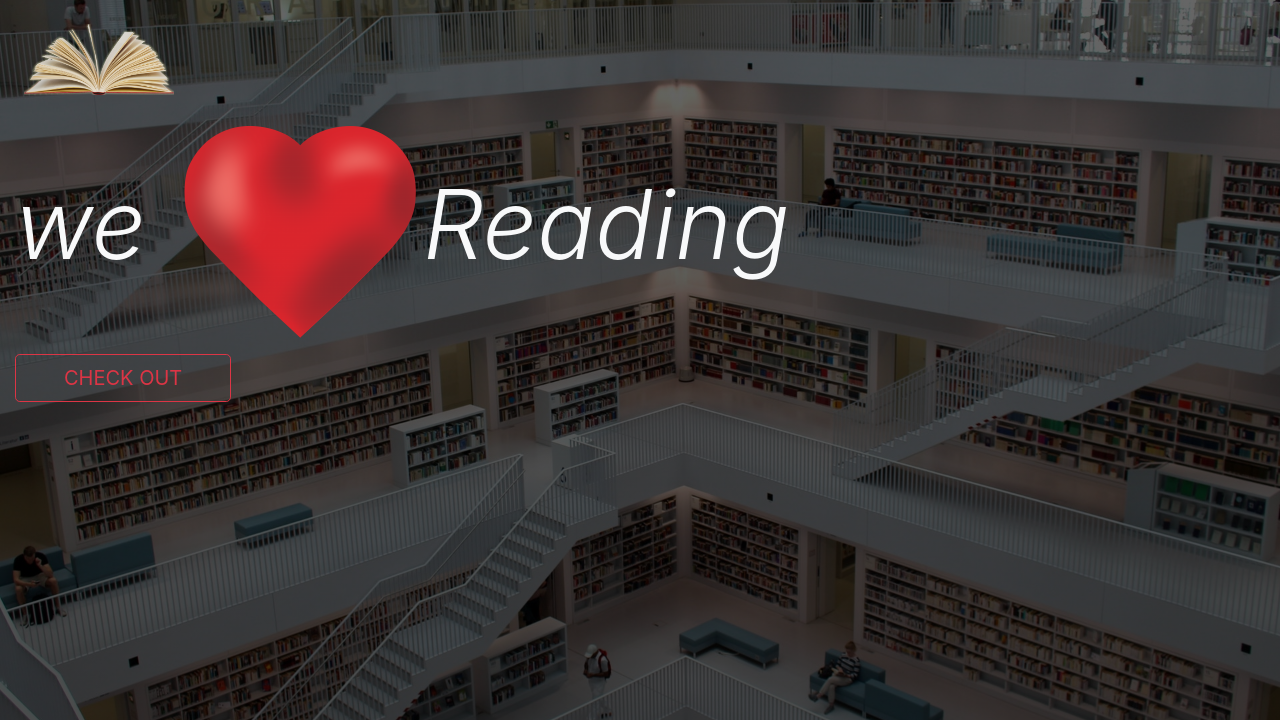
Repository: imedakrouti/BookStore
Page: index.html
The author's editor kept a copy of each file at every save. The page is drawn from the files as they stood at one save, then again after the next save.
The browser window is 1280 px wide. The pictures show the whole page.
Backgrounds fixed to the window are drawn as part of the page. Some web libraries are served in a nearby version.

Above is the page before, as saved 2020-05-05 16:54:08.

After the next save:
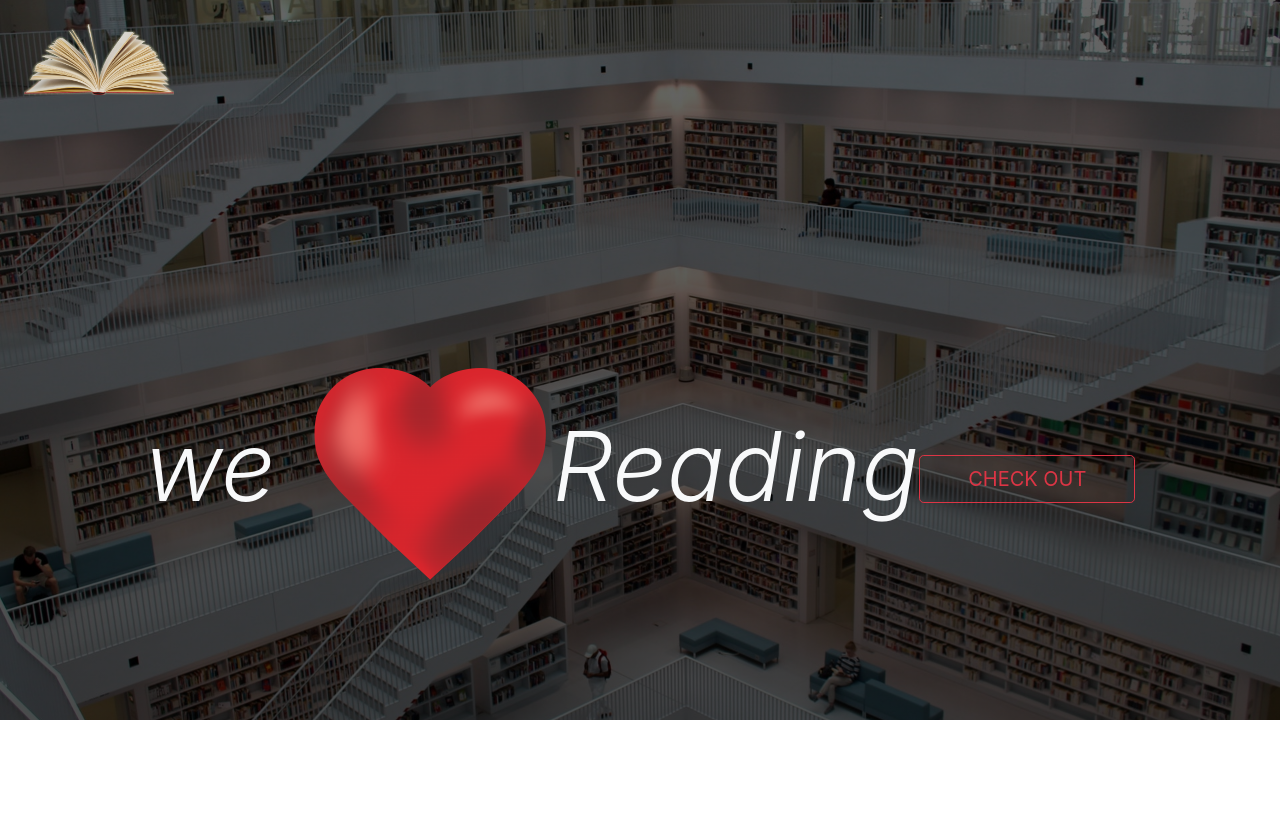
Saved 8 s later.
--- a/styles/styles.css
+++ b/styles/styles.css
@@ -15,7 +15,7 @@
     height: 100vh;
     background:linear-gradient(rgba(0,0,0,0.6),rgba(0,0,0,0.7)),url('../images/img/header-bg.jpeg')no-repeat fixed center /cover;
 }
-.hero{
+.col{
     height: 100vh;
     display: flex;
     justify-content: center;
